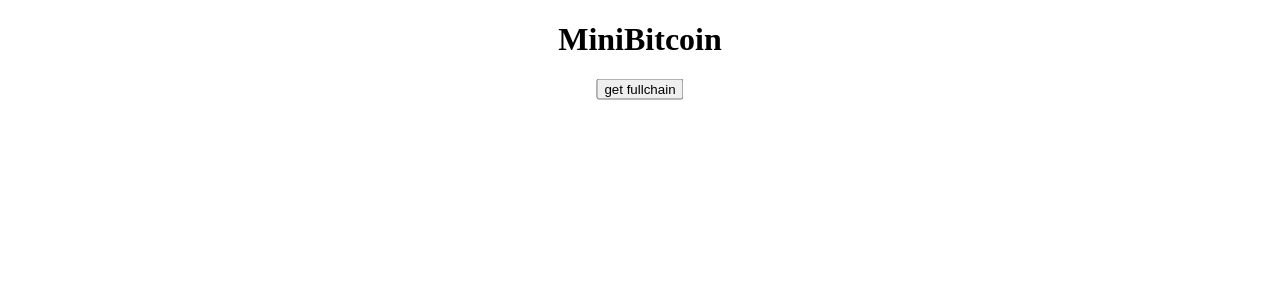
Repository: lam4562311/Minibitcoin
Page: http://localhost/
An editor plug-in stored every save of this project. The page is shown before and after the next save, followed by the edit.
The browser window is 1280 px wide. The pictures show the whole page.
Some web libraries are served in a nearby version. The page is served by the project's application, run on Flask 3 (bitcoin-5003.py).

Above is the page before, as saved 2022-04-08 22:02:47.

### templates/homepage.html
<!DOCTYPE html>
<html>
<head>
    <style>
        .center {
          margin: 0;
          position: absolute;
          left: 50%;
          -ms-transform: translate(-50%, -50%);
          transform: translate(-50%, -50%);
        }
        </style>
</head>
    <body>

        <h1><center> MiniBitcoin </center></h1>

        <div class="center">
        <span id="fullchain_span"></span>
        <br/>
        <button id="get_chain_bt">get fullchain</button>
        </div>
    <script src="//ajax.googleapis.com/ajax/libs/jquery/1.9.1/jquery.min.js"></script>
    <script src="{{url_for("static", filename="index.js")}}"></script>
    </body>
</html>

### bitcoin-5003.py
from operator import contains
import wx
from bitcoinclass import Transaction,Wallet,Block,Blockchain
from flask import Flask, jsonify, request, render_template, redirect, url_for, send_file
from urllib.parse import urlparse
import json
import re
import requests
import io
import logging
app = Flask(__name__)

#Flask API
@app.route('/new_transaction', methods=['POST'])
def new_transaction():
    values = request.form

    # Check that the required fields are in the PoST'ed data
    required = ['recipient_address', 'amount']
    if not all(k in values for k in required):
        return 'Missing values', 400

    #Create a new Transaction
    transaction = Transaction(myWallet.identity, values['recipient_address'], values[ 'amount'])
    transaction.add_signature(myWallet.sign_transaction(transaction))
    transaction_result = blockchain.add_new_transaction(transaction)

    if transaction_result:
        response = { 'message': 'Transaction will be added to Block'}
        return jsonify(response), 201
    else:
        response = {'message': 'Invalid Transaction!'}
        return jsonify(response), 406

@app.route( '/get_transactions' , methods=[ 'GET'])
def get_transactions():
    #Get transactions from transactions pool
    transactions = blockchain.unconfirmed_transactions
    response = {'transactions' : transactions}
    return jsonify(response), 200

@app.route('/chain', methods=['GET'])
def last_ten_blocks():
    response = {
        'chain' : blockchain.chain[-10:],
        'length': len(blockchain.chain),
    }
    return jsonify(response), 200


@app.route('/fullchain', methods=['GET'])
def full_chain():
    response = {
    'chain' : json.dumps(blockchain.chain),
    'length' : len(blockchain.chain),
    }
    return jsonify (response), 200

@app.route('/get_nodes', methods=['GET'])
def get_nodes():
    nodes = list(blockchain.nodes)
    response = {'nodes' : nodes}
    return jsonify(response), 200

@app.route('/register_node', methods=['POST'])
def register_node():
    values = request.form
    node = values.get('node')
    com_port = values.get('com_port')
    if node is None and com_port is None:
        return "Error: Please supply a valid list of nodes", 400
    if com_port is not None:
        blockchain.register_node(request.remote_addr + ":" + com_port)
        node = request.remote_addr + ":" + com_port
        app.logger.warning(node)
    else:
        blockchain.register_node(node)
    node_list = requests.get('http://' + node + '/get_nodes')
    if node_list.status_code == 200:
        node_list = node_list.json()['nodes']
        for node in node_list:
            blockchain.register_node( node)

    for new_nodes in blockchain.nodes:
        requests.post( 'http://' + new_nodes + '/register_node' , data={'com_port':str(port)})

    replaced = blockchain.consensus()
    if replaced:
        app.logger.warning('replaced')
        response ={
        'message' : 'Longer authoritative chain found from peers, replacing ours' ,
        'total_nodes ' : [node for node in blockchain.nodes]}
    else:
        response ={
        'message': 'New nodes have been added,but our chain is authoritative',
        'total_nodes' : [node for node in blockchain.nodes]
    }
    return jsonify(response), 201

@app.route('/consensus', methods=['GET'])
def consensus():
    replaced = blockchain.consensus()
    if replaced:
        app.logger.info('replaced')
        response = {
            'message' : 'our chain was replaced',
        }
    else:
        app.logger.info('not replaced')
        response = {
        'message ' : 'our chain is authoritative',
        }
    return jsonify(response), 200

@app.route('/mine', methods=[ 'GET'])
def mine():
    blockchain.boardcast_transactions(request.host)

    newblock = blockchain.mine(myWallet)
    for node in blockchain.nodes:
        ans = requests.get('http://' + node + '/consensus')
        app.logger.info(ans)
    response = {
        'index' : newblock.index,
        'transactions' : newblock.transactions,
        'timestamp' : newblock.timestamp,
        'nonce' : newblock.nonce,
        'hash' : newblock.hash,
        'previous_hash' : newblock.previous_hash
    }
    return jsonify( response), 200

@app.route('/import_key', methods=['POST'])
def import_key():
    f = request.files['file']
    blob = f.read()
    myWallet.import_key(blob)
    return 'key imported successfully'

@app.route('/export_key', methods=['GET'])
def export_key():
    blob = myWallet.export_key()
    return send_file(
        io.BytesIO(blob),
        mimetype='application/octet-stream',
        as_attachment = True,
        attachment_filename = "keyfile")

@app.route('/get_status', methods=['GET'])
def get_status():
    response ={
        'public_key' : myWallet.identity,
        'balance': blockchain.get_balance(myWallet.identity)
    }
    return jsonify(response),200

@app.route('/update_balance', methods=['PUT'])
def update_balance():
    myWallet.balance = blockchain.get_balance(myWallet.identity)
    response = {'message': 'Balance updated'}
    return jsonify(response), 200

@app.route('/sync_transactions', methods=['GET'])
def sync_transactions():
    result = blockchain.boardcast_transactions(request.host)
    if result:
        response = {
            'message': 'Synchronized Transactions'
        }
    else:
        resonse = {'message': 'False'}
    return jsonify(resonse), 200

@app.route('/')
def index():
    return render_template('homepage.html')

if __name__ == '__main__':
    myWallet = Wallet()
    blockchain = Blockchain()
    port = 5003
    app.logger.setLevel(logging.DEBUG)
    app.run(host='127.0.0.1', port=port, debug = True)

### static/index.js
let get_chain_bt = document.querySelector("#get_chain_bt");
let get_node_bt = document.querySelector("#get_node_bt");

let full_chain_span = document.querySelector("#fullchain_span")
let full_node_span = document.querySelector("#node_list_span")
function get_full_chain(){
    $.ajax({
        type: "GET",
        contentType: "application/json; charset=utf-8",
        url:"/fullchain",
        dataType: "json",
        success: (data) => {
            full_chain_span.innerHTML = JSON.stringify(data);
        }
    });

}
function get_node_list(){
    $.ajax(
        {
            type: "GET",
            contentType: "application/json; charset: utf-8",
            url:"/get_nodes",
            dataType: "json",
            success: (data) => {

            }
        }
    )
}
$(get_chain_bt).click(()=>get_full_chain());
$(get_node_bt).click(()=>get_node_list());

After the next save:
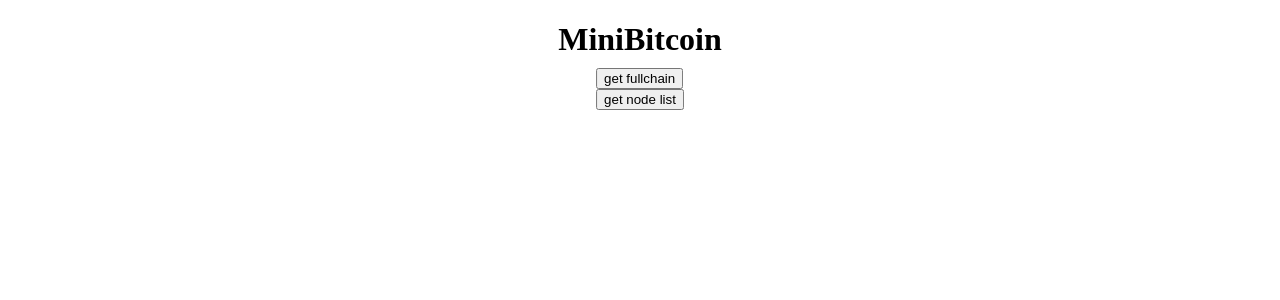
Saved 1 s later.
--- a/templates/homepage.html
+++ b/templates/homepage.html
@@ -19,7 +19,12 @@
         <span id="fullchain_span"></span>
         <br/>
         <button id="get_chain_bt">get fullchain</button>
+
+        <span id="node_list_span"></span>
+        <br/>
+        <button id="get_node_bt">get node list</button>
         </div>
+
     <script src="//ajax.googleapis.com/ajax/libs/jquery/1.9.1/jquery.min.js"></script>
     <script src="{{url_for("static", filename="index.js")}}"></script>
     </body>
